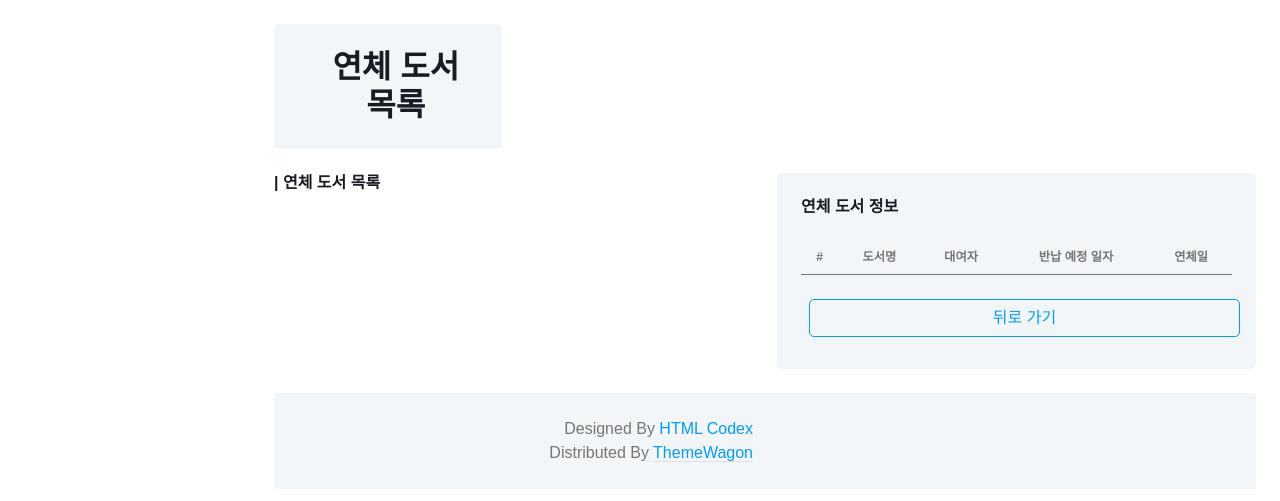
Repository: maryong2/myfirstgitproject
Page: http://localhost/library/WEB-INF/views/overdue.jsp
The author's editor kept a copy of each file at every save. The page is drawn from the files as they stood at one save, then again after the next save.
The browser window is 1280 px wide. The pictures show the whole page.
Some web fonts or font styles are not loaded; a fallback is used. Some web libraries are served in a nearby version. The page is served by Tomcat 9. Nobody is signed in. The template is opened directly, without the code that normally fills it, so the values that code supplies are empty.

Above is the page before, as saved 2023-11-28 10:07:22.
Console error: TypeError: Cannot read properties of undefined (reading 'getContext')

After the next save:
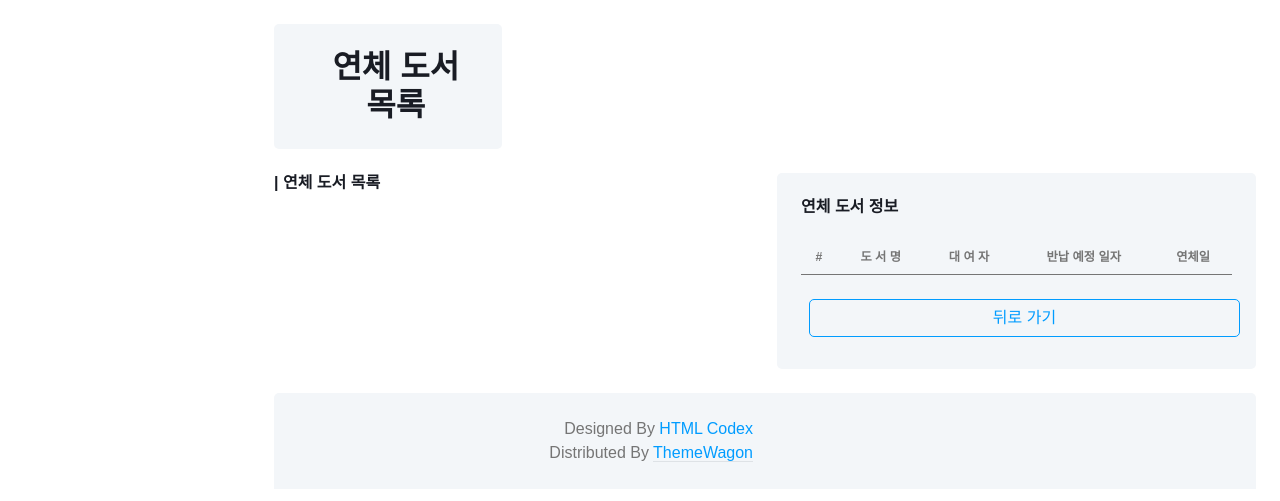
Saved 10 min 22 s later.
--- a/library/src/main/webapp/WEB-INF/views/overdue.jsp
+++ b/library/src/main/webapp/WEB-INF/views/overdue.jsp
@@ -109,11 +109,11 @@
 							<table class="table small">
 								<thead class="small">
 									<tr>
-										<th scope="col">#</th>
-										<th scope="col">도서명</th>
-										<th scope="col">대여자</th>
-										<th scope="col">반납 예정 일자</th>
-										<th scope="col">연체일</th>
+										<th scope="col"style="white-space:nowrap;">#</th>
+										<th scope="col"style="white-space:nowrap;">도 서 명</th>
+										<th scope="col"style="white-space:nowrap;">대 여 자</th>
+										<th scope="col"style="white-space:nowrap;">반납 예정 일자</th>
+										<th scope="col"style="white-space:nowrap;">연체일</th>
 									</tr>
 								</thead>
 								<tbody>
